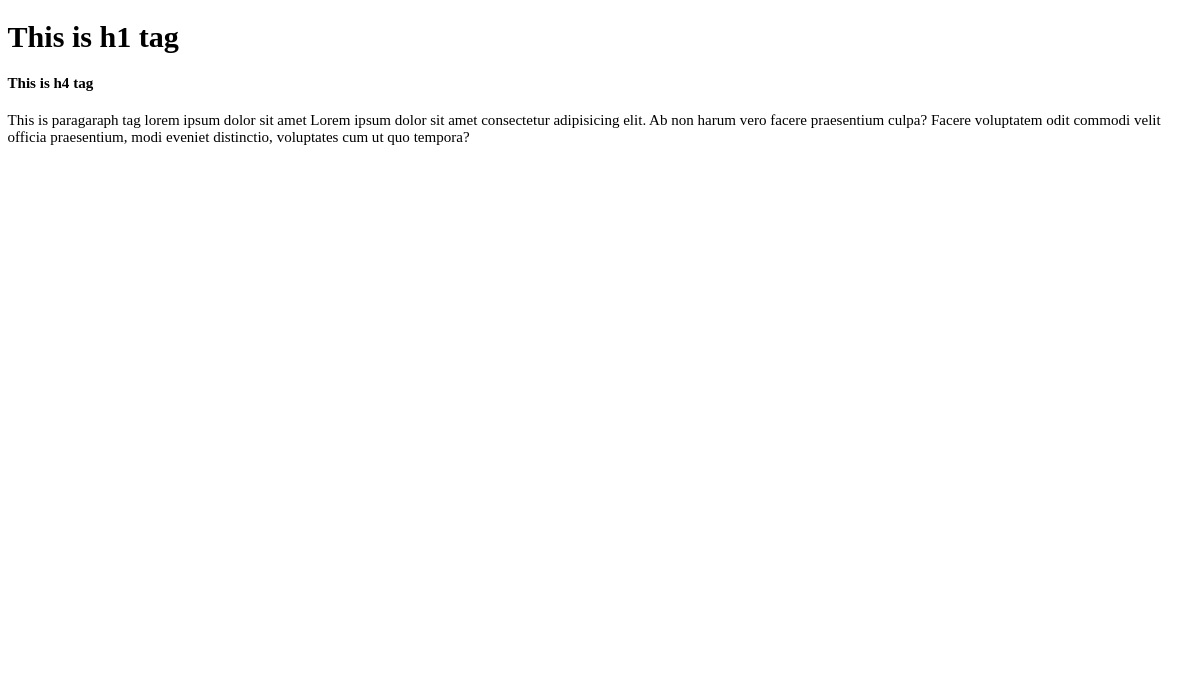
Repository: MushrrafKhan/code_by_heart
Page: index.html
These files come from the project's save history. The page is drawn as it stood at one moment and after the next save; the edit follows.
The browser window is 1280 px wide. The pictures show the whole page, at 94% of full size.

Above is the page before, as saved 2022-06-08 21:04:34.

After the next save:
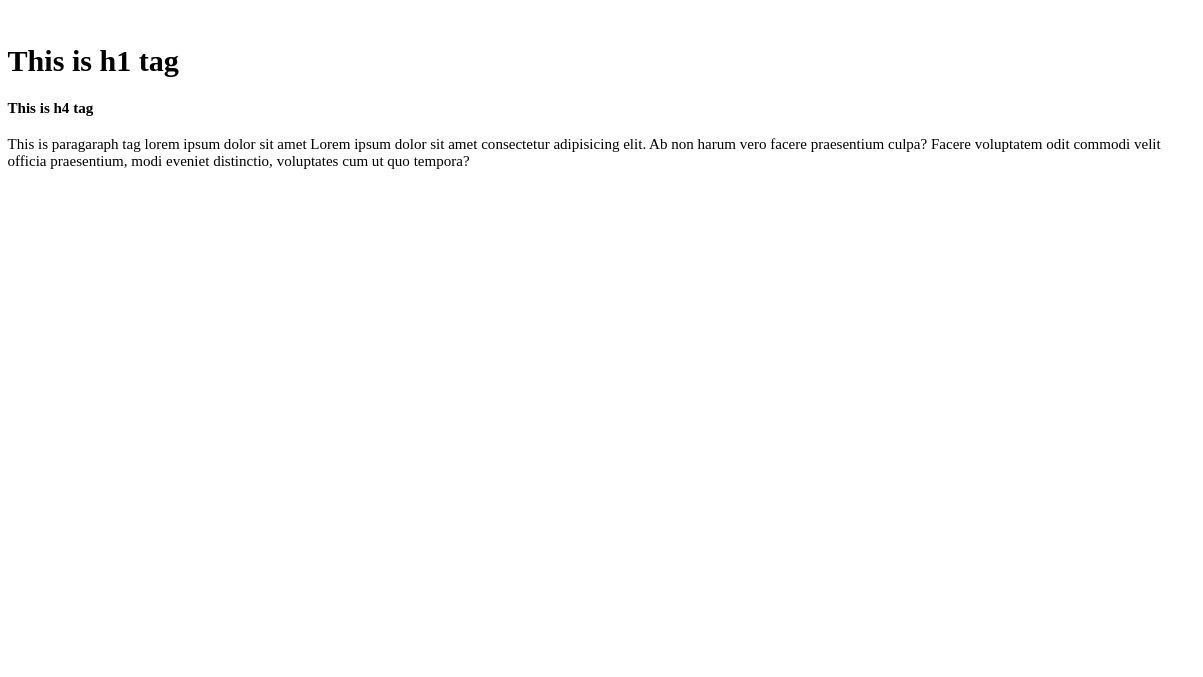
Not found: img/Screenshot from 2022-06-03 00-01-33.png
Saved 35 min 24 s later.
--- a/index.html
+++ b/index.html
@@ -9,6 +9,7 @@
     <title>Document</title>
 </head>
 <body>
+    <img src="img/Screenshot from 2022-06-03 00-01-33.png" alt="">
     <h1>This is h1 tag</h1>
     <h4>This is h4 tag</h4>
     <p>This is paragaraph tag lorem ipsum dolor sit amet Lorem ipsum dolor sit amet consectetur adipisicing elit. Ab non harum vero facere praesentium culpa? Facere voluptatem odit commodi velit officia praesentium, modi eveniet distinctio, voluptates cum ut quo tempora?</p>

After the save that followed:
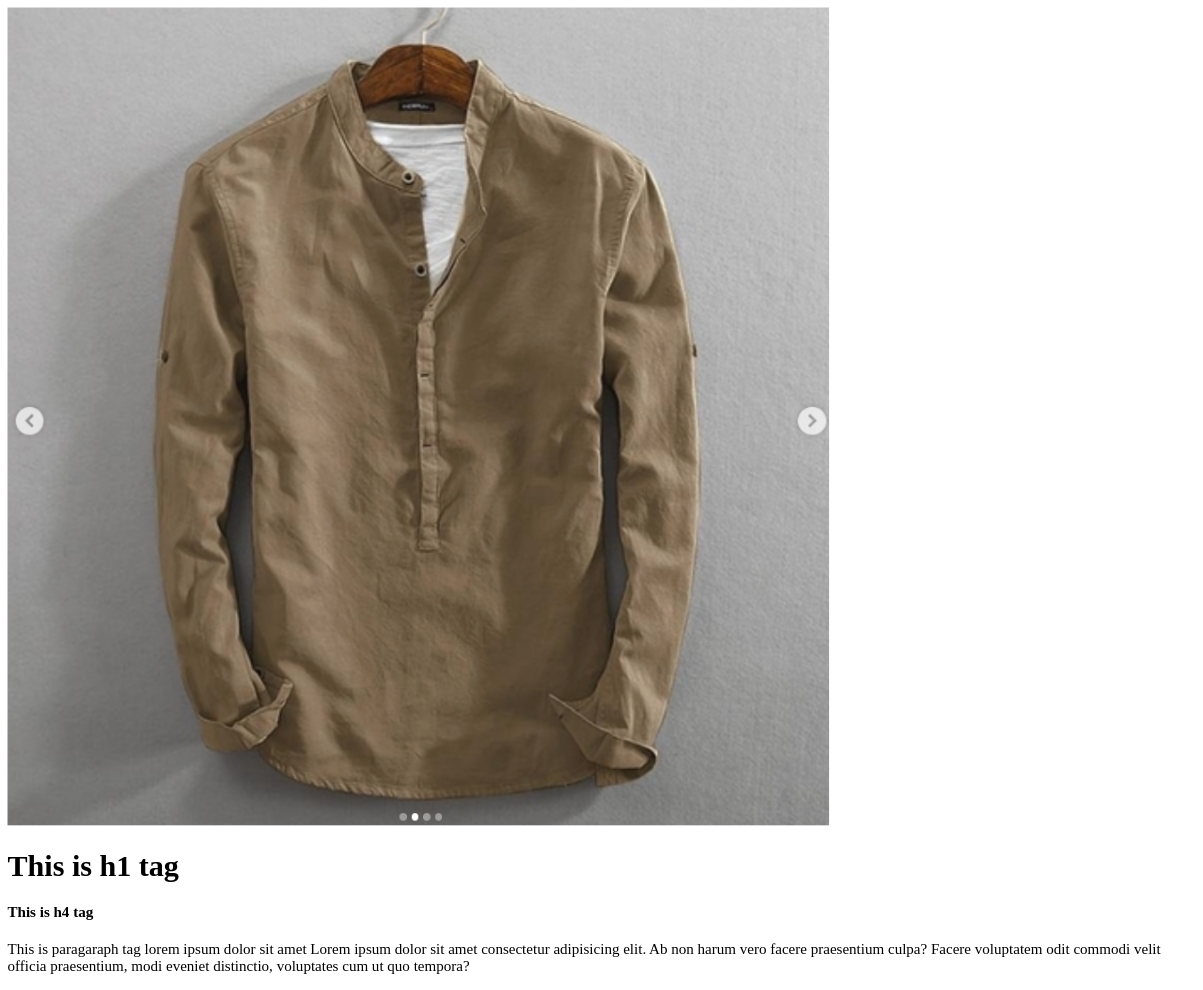
Saved 42 s later.
--- a/index.html
+++ b/index.html
@@ -9,7 +9,7 @@
     <title>Document</title>
 </head>
 <body>
-    <img src="img/Screenshot from 2022-06-03 00-01-33.png" alt="">
+    <img src="img/brown.png" alt="">
     <h1>This is h1 tag</h1>
     <h4>This is h4 tag</h4>
     <p>This is paragaraph tag lorem ipsum dolor sit amet Lorem ipsum dolor sit amet consectetur adipisicing elit. Ab non harum vero facere praesentium culpa? Facere voluptatem odit commodi velit officia praesentium, modi eveniet distinctio, voluptates cum ut quo tempora?</p>
